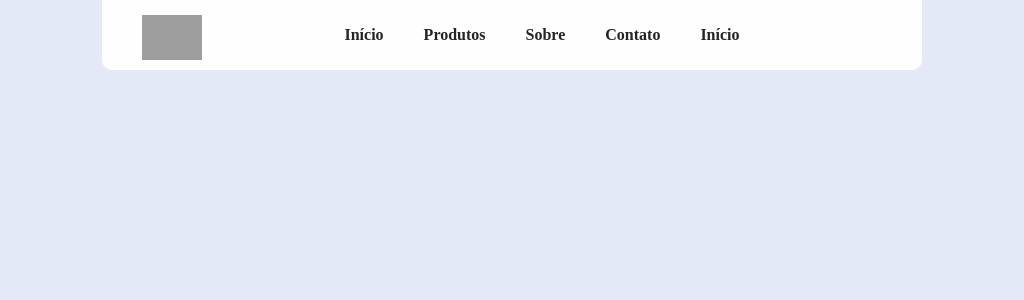
Repository: Matheus904-12/EggManSTORE
Page: index.html
These files come from the project's save history. The page is drawn as it stood at one moment and after a run of saves; the edit follows.
The browser window is 1024 px wide. The pictures show the whole page.
Pictures or frames that could not be fetched are drawn as grey boxes. Some web fonts or font styles are not loaded; a fallback is used.

Above is the page before, as saved 2023-11-02 14:42:39.

### index.html
<!DOCTYPE html>
<html lang="en">
<head>
    <meta charset="UTF-8">
    <meta http-equiv="X-UA-Compatible" content="IE=edge">
    <meta name="viewport" content="width=device-width, initial-scale=1.0">
    <title>Responsive Navbar using HTML, CSS and Javascript</title>
    <link rel="stylesheet" href="style.css">
</head>
<body>
    <header>
        <div class="logo">
            <img src="eggg.gif" alt="">
        </div>
        <input type="checkbox" id="nav_check" hidden>
        <nav>
            <div class="logo">
                <img src="eggg.gif" alt="">
            </div>
        <ul>
            <li>
                <a href="" class="active">Início</a>
            </li>
            <li>
                <a href="">Produtos</a>
            </li>
            <li>
                <a href="">Sobre</a>
            </li>
            <li>
                <a href="">Contato</a>
            </li>
            <li>
                <a href="">Início</a>
            </li>
        </ul>
    </nav>
    <label for="nav_check" class=".hamburger">
        <div></div>
        <div></div>
        <div></div>
    </label>
    </header>
</body>
</html>

### style.css
@font-face {
    font-family: "Poppins";
    src: url("./poppins.ttf");
}
* {
    padding: 0;
    margin: 0;
    box-sizing:border-box;
    list-style: none;
    text-decoration: none;
    font-family: "Poppins";
}
body {
    background: #E3E9F7;
}
img {
    width: 100%;
}
header {
    width: 80%;
    height: 70px;
    background: #FEFEFE;
    display: flex;
    align-items: center;
    justify-content: space-between;
    padding: 0 40px;
    border-radius: 0 0 10px 10px;
    margin: 0 auto;
}
.logo {
    width: 60px;
    margin-top: 8px;
}
nav .logo {
    display: none;
}
nav ul {
    display: flex;
}
nav ul li a {
    color: #212526;
    display: block;
    margin: 0 2px;
    font-weight: 600;
    padding: 8px 18px;
    transition: 0.2s;
    border-radius: 30px;
}
nav ul li a:hover {
    background: #F6F4FF;
}
nav ul li a:active {
    background: #4a2ec7;
    color: #FFF;
}
.hamburger {
    display: none;
    height: fit-content;
    cursor: pointer;
    padding: 3px 8px;
    border-radius: 5px;
    transition: 0.2s;
}
.hamburger:hover {
    background: #F6F4FF;
}
.hamburger div {
    width: 30px;
    height: 2px;
    margin: 6px 0;
    background: #212526;
}
@media only screen and (max-width: 1100px) {
    header {

    }
}

After the next 7 saves:
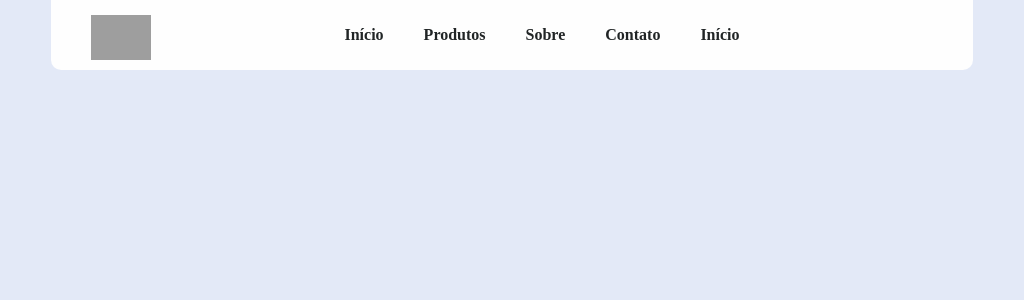
The 7 saves are shown as one change because they came seconds apart.
The last was saved 18 s later.
--- a/style.css
+++ b/style.css
@@ -72,6 +72,7 @@ nav ul li a:active {
 }
 @media only screen and (max-width: 1100px) {
     header {
-
+        width: 90%;
+        padding: ;
     }
 }
